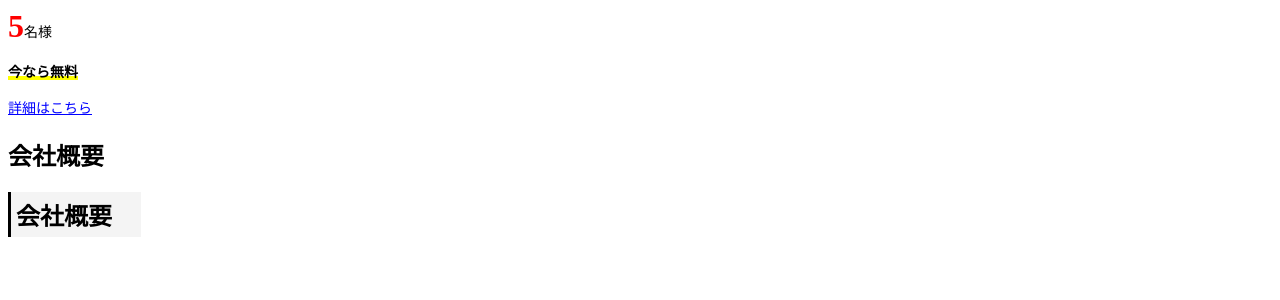
Repository: 9136424556/todo01
Page: coachtech/html-css/ホームページ基礎css2-4.html
The author's editor kept a copy of each file at every save. The page is drawn from the files as they stood at one save, then again after the next save.
The browser window is 1280 px wide. The pictures show the whole page.

Above is the page before, as saved 2023-12-04 01:47:58.

After the next save:
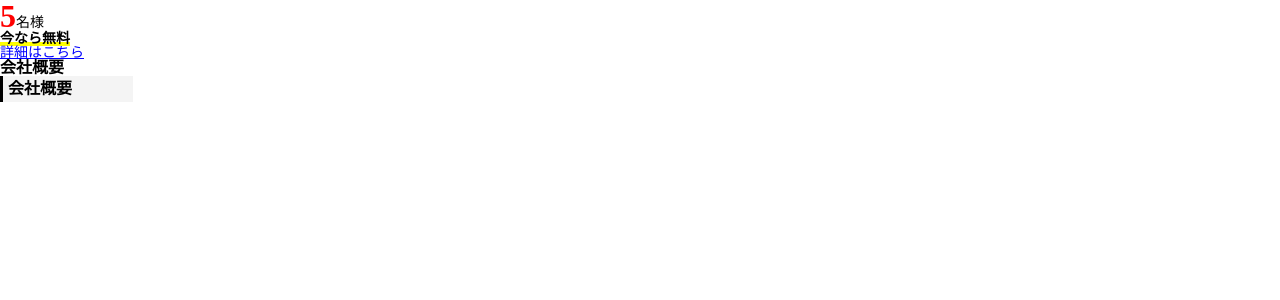
Saved 4 min 20 s later.
--- a/coachtech/html-css/ホームページ基礎css2-4.html
+++ b/coachtech/html-css/ホームページ基礎css2-4.html
@@ -1,4 +1,5 @@
 <link rel="stylesheet" href="css/css2-4.css">
+<link rel="stylesheet" href="css/reset.css">
 <p class="text">
     <span class="emphasis">5</span>名様
 </p>

After the save that followed:
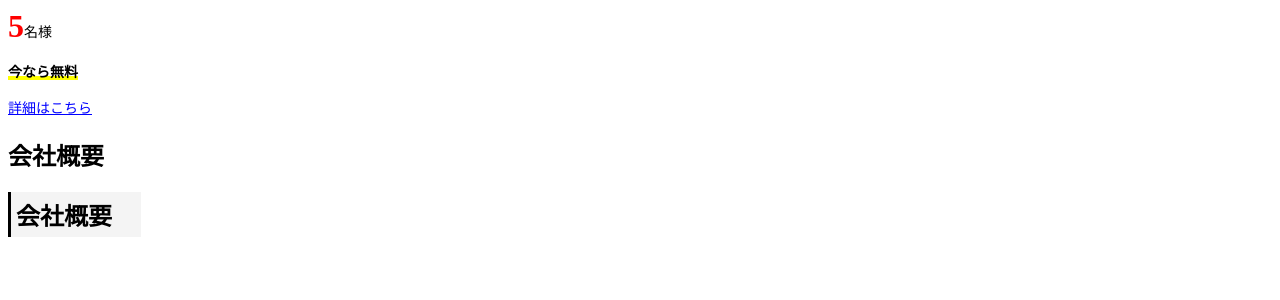
Saved 70 s later.
--- a/coachtech/html-css/ホームページ基礎css2-4.html
+++ b/coachtech/html-css/ホームページ基礎css2-4.html
@@ -1,5 +1,4 @@
 <link rel="stylesheet" href="css/css2-4.css">
-<link rel="stylesheet" href="css/reset.css">
 <p class="text">
     <span class="emphasis">5</span>名様
 </p>
